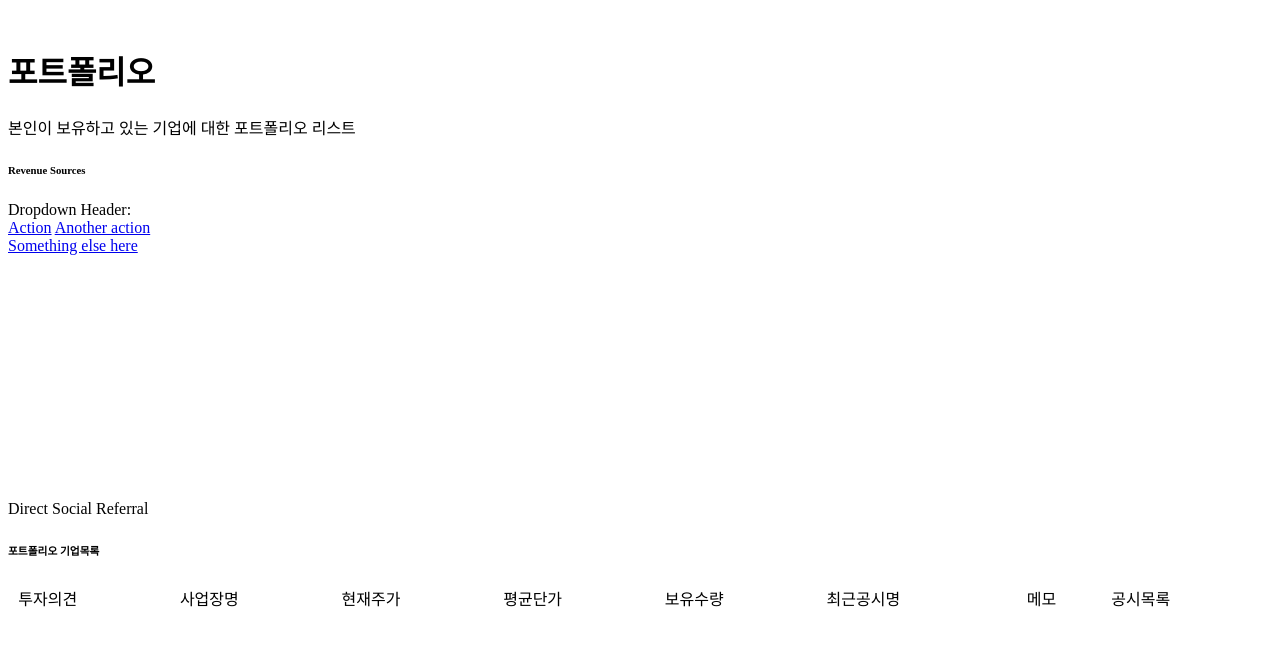
Repository: bangProgram/PJT_Finance
Page: http://localhost/Finance/WEB-INF/views/portfolio/portfolioList.jsp
The author's editor kept a copy of each file at every save. The page is drawn from the files as they stood at one save, then again after the next save.
The browser window is 1280 px wide. The pictures show the whole page.
The page is served by Tomcat 9. Nobody is signed in. Other server files are loaded and not shown. The template is opened directly, without the code that normally fills it, so the values that code supplies are empty.

Above is the page before, as saved 2022-11-07 07:43:14.
Console error: SyntaxError: Unexpected token ','

### Finance/src/main/webapp/WEB-INF/views/portfolio/portfolioList.jsp
<%@ page pageEncoding="UTF-8" contentType="text/html;charset=utf-8"%>
<%@ taglib prefix="fmt" uri="http://java.sun.com/jsp/jstl/fmt"%>
<%@ taglib uri="http://java.sun.com/jsp/jstl/core" prefix="c"%>
<script src="https://code.jquery.com/jquery-3.4.1.min.js"></script>﻿
<script type="text/javascript">
	var toggleChk = true;
	$(document).ready(function(){

		$("#portCorpList").dataTable({
			lengthMenu: [ 12, 18, 24, 30, 36 ],
		 	data: ${getPortCorpJson},
		 	destroy: true,
		 	columns: [

		  		{ "data": '',
		  			"defaultContent" : '',
		  			"render": function(data, type, row, meta){
		  	            if(type === 'display'){
		  	            	data = '<a href="/report/detail/list" target="_blank" class="btn btn-info btn-circle btn-sm"><i class="fas fa-info-circle"></i></a>';
		  	            }

		  	            return data;
		  	         }
		  		},
		  		{ "data": 'INVEST_OPINION',
		  			"render": function(data, type, row, meta){
		  				console.log("JB row.INVEST_OPINION : "+row.INVEST_OPINION);
		  				if(row.INVEST_OPINION != null && row.INVEST_OPINION != ''){
		  					if(type === 'display'){
			  	                data = row.INVEST_OPINION;
			  	            }
		  				}else{
		  					data = "없음";
		  				}

		  	            return data;
		  	         }
		  		},
		  		{ data: 'CORP_NAME' },
		  		{ "data": '',
		  			"defaultContent" : '',
		  			"render": function(data, type, row, meta){
		  	            if(type === 'display'){
		  	                data = '<a href="/report/detail/list" target="_blank" class="btn btn-info btn-circle btn-sm"><i class="fas fa-info-circle"></i></a>';
		  	            }

		  	            return data;
		  	         }
		  		},
		  		{ "data": 'AVR_PRICE',
		  			"render": function(data, type, row, meta){
		  				console.log("JB row.AVR_PRICE : "+row.AVR_PRICE);
		  				if(row.AVR_PRICE != null && row.AVR_PRICE != ''){
		  					if(type === 'display'){
			  	                data = row.AVR_PRICE;
			  	            }
		  				}else{
		  					data = "없음";
		  				}

		  	            return data;
		  	         }
		  		},
		  		{ "data": 'HOLD_QUANTITY',
		  			"render": function(data, type, row, meta){
		  				console.log("JB row.HOLD_QUANTITY : "+row.HOLD_QUANTITY);
		  				if(row.HOLD_QUANTITY != null && row.HOLD_QUANTITY != ''){
		  					if(type === 'display'){
			  	                data = row.HOLD_QUANTITY;
			  	            }
		  				}else{
		  					data = "없음";
		  				}

		  	            return data;
		  	         }
		  		},
		  		{ "data": '',
		  			"defaultContent" : '',
		  			"render": function(data, type, row, meta){
		  	            if(type === 'display'){
		  	                data = '<a href="/report/detail/list" target="_blank" class="btn btn-info btn-circle btn-sm"><i class="fas fa-info-circle"></i></a>';
		  	            }

		  	            return data;
		  	         }
		  		},
		  		{ "data": 'MEMO',
		  			"render": function(data, type, row, meta){
		  				console.log("JB row.MEMO : "+row.MEMO);
		  				if(row.MEMO != null && row.MEMO != ''){
		  					if(type === 'display'){
			  	                data = row.MEMO;
			  	            }
		  				}else{
		  					data = "없음";
		  				}

		  	            return data;
		  	         }
		  		},
		  		{ "data": '',
		  			"defaultContent" : '',
		  			"render": function(data, type, row, meta){
		  	            if(type === 'display'){
		  	            	data = '<a href="/report/detail/list" target="_blank" class="btn btn-info btn-circle btn-sm"><i class="fas fa-info-circle"></i></a>';
		  	            }

		  	            return data;
		  	         }
		  		}
		  	]
		});
	});

	function delInterest(corpCd,corpNm,stockCd){
		var frm = document.form;

		if(!confirm('\''+corpNm+'\'을 관심목록에서 삭제하시겠습니까?')) return;

		$("#corpCd").val(corpCd);
		$("#corpNm").val(corpNm);
		$("#stockCd").val(stockCd);

		frm.action = "/interest/del/cud";
		frm.submit();
	}

	function addPortfolio(corpCd,corpNm,stockCd){
		var url = "/portfolio/add/cud";

		if(!confirm('\''+corpNm+'\'을 포트폴리오에 추가하시겠습니까?')) return;

		$.ajax({
			type : 'post',           // 타입 (get, post, put 등등)
			url : url,           // 요청할 서버url
			data : {
				CORP_CODE 	: corpCd,
				CORP_NAME	: corpNm,
				STOCK_CODE 	: stockCd,
			},
			dataType : 'json',
			success : function(data) { // 결과 성공 콜백함수
				$('#dataTables').css("animation-name","add");
				$('#dataTables').css("animation-duration","2.5s");
			},
			error : function(request, status, error) {
				console.log(error)
			}
		})
	}

</script>

<style>
@keyframes add {
	from{background : lightgreen;}
	to{background : transparent;}
}

@keyframes del {
	from{background : indianred;}
	to{background : transparent;}
}

@keyframes search {
	from{background : lightsteelblue;}
	to{background : transparent;}
}

</style>
<html>
<head>
<title>사업장 목록</title>
</head>
<body>
<div class="container-fluid">
	<form name="searchForm" method="post">
	<input type="hidden" name="pYearList" id="pYearList" value="${yearString}" title="조회 년도 목록">
	<input type="hidden" name="pQuaterList" id="pQuaterList" value="${quaterString}" title="조회 년도 목록">
	<input type="hidden" name="pStartYear" id="pStartYear" class="pSearchYear" value="${pStartYear}" title="조회 시작년도">
	<input type="hidden" name="pEndYear" id="pEndYear" class="pSearchYear" value="${pEndYear}" title="조회 시작년도">

	<input type="hidden" name="CORP_CODE" id="corpCd" value="" title="삭제대상 사업장코드">
	<input type="hidden" name="CORP_NAME" id="corpNm" value="" title="삭제대상 사업장명">
	<input type="hidden" name="STOCK_CODE" id="stockCd" value="" title="삭제대상 증권코드">
    </form>
</div>

<div class="container-fluid">

	<!-- Page Heading -->
	<h1 class="h3 mb-2 text-gray-800">포트폴리오</h1>
	<p class="mb-4">본인이 보유하고 있는 기업에 대한 포트폴리오 리스트
		<span id=""></span>
	</p>

	<div class="col-xl-4 col-lg-5">
	    <div class="card shadow mb-4">
	        <!-- Card Header - Dropdown -->
	        <div class="card-header py-3 d-flex flex-row align-items-center justify-content-between">
	            <h6 class="m-0 font-weight-bold text-primary">Revenue Sources</h6>
	            <div class="dropdown no-arrow">
	                <a class="dropdown-toggle" href="#" role="button" id="dropdownMenuLink" data-toggle="dropdown" aria-haspopup="true" aria-expanded="false">
	                    <i class="fas fa-ellipsis-v fa-sm fa-fw text-gray-400"></i>
	                </a>
	                <div class="dropdown-menu dropdown-menu-right shadow animated--fade-in" aria-labelledby="dropdownMenuLink">
	                    <div class="dropdown-header">Dropdown Header:</div>
	                    <a class="dropdown-item" href="#">Action</a>
	                    <a class="dropdown-item" href="#">Another action</a>
	                    <div class="dropdown-divider"></div>
	                    <a class="dropdown-item" href="#">Something else here</a>
	                </div>
	            </div>
	        </div>
	        <!-- Card Body -->
	        <div class="card-body">
	            <div class="chart-pie pt-4 pb-2"><div class="chartjs-size-monitor"><div class="chartjs-size-monitor-expand"><div class=""></div></div><div class="chartjs-size-monitor-shrink"><div class=""></div></div></div>
	                <canvas id="myPieChart" width="470" height="245" style="display: block; width: 470px; height: 245px;" class="chartjs-render-monitor"></canvas>
	            </div>
	            <div class="mt-4 text-center small">
	                <span class="mr-2">
	                    <i class="fas fa-circle text-primary"></i> Direct
	                </span>
	                <span class="mr-2">
	                    <i class="fas fa-circle text-success"></i> Social
	                </span>
	                <span class="mr-2">
	                    <i class="fas fa-circle text-info"></i> Referral
	                </span>
	            </div>
	        </div>
	    </div>
	</div>

	<!-- DataTales Example -->
    <div class="card shadow mb-4">
        <div class="card-header py-3" id="dataTables">
            <h6 class="m-0 font-weight-bold text-primary">포트폴리오 기업목록</h6>
        </div>
        <div class="card-body">
            <div class="table-responsive" >
                <table id="portCorpList" class="table table-bordered" id="dataTable" width="100%" >
                    <thead id="tableHead">
			            <tr>
			            	<td></td>
							<td>투자의견</td>
							<td>사업장명</td>
							<td>현재주가</td>
							<td>평균단가</td>
							<td>보유수량</td>
							<td>최근공시명</td>
							<td>메모</td>
							<td>공시목록</td>
						</tr>
			        </thead>
			        <tbody id="bodyList">
			        </tbody>
                </table>
            </div>
        </div>
    </div>
</div>
</body>
</html>

After the next save:
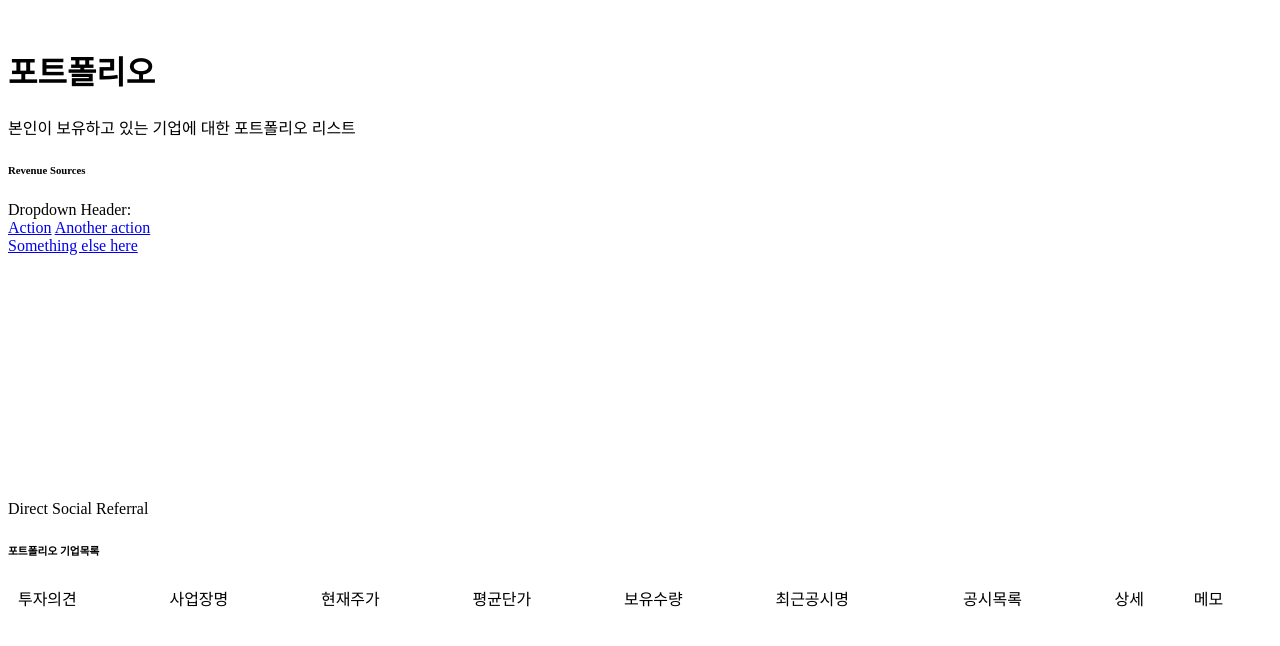
Saved 3 min 45 s later.
--- a/Finance/src/main/webapp/WEB-INF/views/portfolio/portfolioList.jsp
+++ b/Finance/src/main/webapp/WEB-INF/views/portfolio/portfolioList.jsp
@@ -11,7 +11,6 @@
 		 	data: ${getPortCorpJson},
 		 	destroy: true,
 		 	columns: [
-
 		  		{ "data": '',
 		  			"defaultContent" : '',
 		  			"render": function(data, type, row, meta){
@@ -250,8 +249,9 @@
 							<td>평균단가</td>
 							<td>보유수량</td>
 							<td>최근공시명</td>
+							<td>공시목록</td>
+							<td>상세</td>
 							<td>메모</td>
-							<td>공시목록</td>
 						</tr>
 			        </thead>
 			        <tbody id="bodyList">
